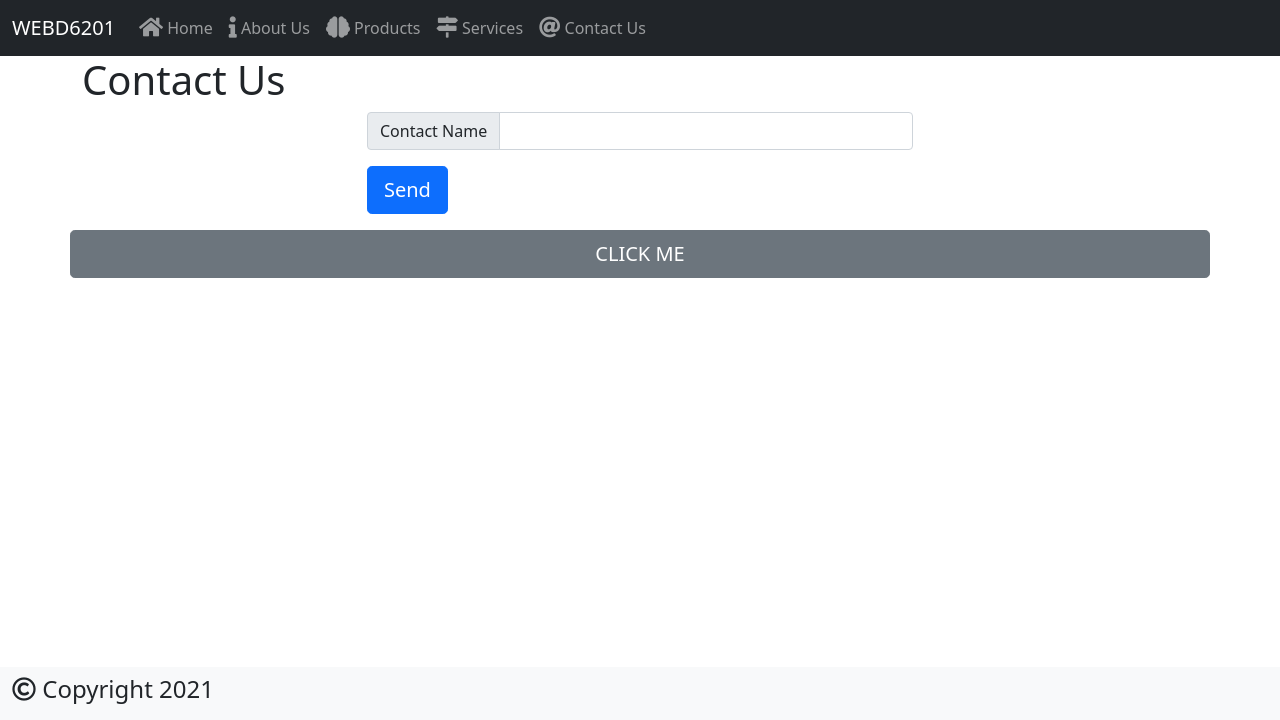
Repository: GarlicButterBoy/WEBD6201-Week1
Page: contact.html
These files come from the project's save history. The page is drawn as it stood at one moment and after the next save; the edit follows.
The browser window is 1280 px wide. The pictures show the whole page.

Above is the page before, as saved 2021-01-21 09:30:11.

### contact.html
<!DOCTYPE html>
<html lang="en">
<head>
    <meta charset="UTF-8">
    <meta name="viewport" content="width=device-width, initial-scale=1.0">
    <title>Contact Us</title>

    <!-- CSS Section -->
    <link rel="stylesheet" href="./node_modules/bootstrap/dist/css/bootstrap.min.css">
    <link rel="stylesheet" href="./node_modules/@fortawesome/fontawesome-free/css/all.min.css">
    <link rel="stylesheet" href="./Content/app.css">

</head>
<body>
       <!-- Main Nav Header -->

       <header>
         <!--Main Navigation-->
        <nav class="navbar navbar-expand-lg navbar-dark bg-dark">
            <div class="container-fluid">
              <a class="navbar-brand" href="index.html">WEBD6201</a>
              <button class="navbar-toggler" type="button" data-bs-toggle="collapse" data-bs-target="#navbarSupportedContent" aria-controls="navbarSupportedContent" aria-expanded="false" aria-label="Toggle navigation">
                <span class="navbar-toggler-icon"></span>
              </button>
              <div class="collapse navbar-collapse" id="navbarSupportedContent">
                <ul class="navbar-nav ml-auto mb-2 mb-lg-0">

                  <li class="nav-item">
                    <a class="nav-link" aria-current="page" href="index.html">
                        <i class="fas fa-home fa-lg"></i> Home</a>
                  </li>

                  <li class="nav-item">
                    <a class="nav-link" aria-current="page" href="about.html">
                        <i class="fas fa-info fa-lg"></i> About Us</a>
                  </li>

                  <li class="nav-item">
                    <a class="nav-link" aria-current="page" href="products.html">
                        <i class="fas fa-brain fa-lg"></i> Products</a>
                  </li>

                  <li class="nav-item">
                    <a class="nav-link" aria-current="page" href="services.html">
                        <i class="fas fa-map-signs fa-lg"></i> Services</a>
                  </li>

                  <li class="nav-item  active">
                    <a class="nav-link" aria-current="page" href="contact.html">
                        <i class="fas fa-at fa-lg"></i> Contact Us</a>
                  </li>

                </ul>
              </div>
            </div>
          </nav>
    </header>
<!--Main Content-->
    <main class="container">
        <h1>Contact Us</h1>

        <div class="row justify-content-lg-center">
        <form class="col-lg-6 col-md-10 col-sm-10">

          <div class="input-group mb-3">
            <span class="input-group-text" id="inputGroup-sizing-default">Contact Name</span>
            <input id="fullName" type="text" class="form-control" aria-label="Full Name" aria-describedby="Full Name Input" name="fullName" required>
          </div>

          <button type="submit" class="btn btn-primary btn-lg"><i class=""></i>Send</button>
        </form>

        <p id="paragraphOne" ></p>
        <button class="btn btn-secondary btn-lg" id="clickMeButton">CLICK ME</button>

      </div>
    </main>
<!--Main Footer-->
    <footer>
        <nav class="navbar fixed-bottom navbar-light bg-light">
            <div class="container-fluid">
              <h4><i class="far fa-copyright" ></i> Copyright 2021</h4>
            </div>
        </nav>
    </footer>

    <!-- JavaScript Section -->
    <script src="./node_modules/jquery/dist/jquery.min.js"></script>
    <script src="./node_modules/bootstrap/dist/js/bootstrap.bundle.min.js"></script>
    <script src="./Scripts/app.js"></script>

</body>
</html>

### Content/app.css
/*
 * Custom CSS goes here!
 */

### Scripts/app.js
/*
 * Custom Scripts go here!
 */

//IIFE - Immediately Invoked Function Expression
//AKA - Anonymous Self-Executing Function
//Closure - Limits Scope Leak

"use strict";

(function()
{

    function displayHome()
    {

    }

    function displayAbout()
    {

    }

    function displayProducts()
    {

    }

    function displayServices()
    {

    }

    function displayContact()
    {

    }

    //Initialization Function
    function Start()
    {

       console.log("App Started...");
       switch(document.title)
       {
           case 'Home':
               displayHome();
               break;
           case 'About':
               displayAbout();
               break;
           case 'Products':
               displayProducts();
               break;
           case 'Services':
               displayServices();
               break;
           case 'Contact':
               displayContact();
               break;
       }

/*
       let paragraphOneText = "This is a simple site to demonstrate DOM Manipulation for ICE 01.";

       let paragraphOneElement = document.getElementById("paragraphOne");

       paragraphOneElement.className = "fs-5 fw-bold";
       paragraphOneElement.textContent = paragraphOneText;

       //Step 1. document.createElement
       let newParagraph = document.createElement("p");
       //Step 2. Configure the element
       newParagraph.setAttribute("id", "paragraphTwo");
       newParagraph.textContent = "...And this is paragraph Two.";
       //Step 3. Select the parent
       let mainContent = document.getElementsByTagName("main")[0];
       //Step 4. Add/Insert the element
       mainContent.appendChild(newParagraph);

       paragraphTwo.className = "fs-6";

       //Another way to inject a comment
       let paragraphDiv = document.createElement('div');
       let paragraphThree = `<p class="fs-7" fw-bold>This is the third paragraph.</p>`;
       paragraphDiv.innerHTML = paragraphThree;

       //Insertion Before
       //paragraphTwo.before(paragraphDiv);

       //Insertion After
       paragraphTwo.after(paragraphDiv);

       //deletions
       //target an element
       //paragraphOneElement.remove();//remove a single element
       //target a child (rough)
       mainContent.removeChild(paragraphOneElement);

       //updates/modifications
       //paragraphTwoElement.firstChild.textContent = "This is an update. Welcome back!";
       mainContent.firstElementChild.textContent = "This is an update. Welcome back!";

        mainContent.innerHTML =
        `
        <h1 id="firstHeading">Welcome to Webd6201 - Lab 1</h1>
        <p id="firstParagraph" class="fw-bold">This is the first paragraph</p>
        `;
*/
       for (let index = 0; index < 5; index++)
       {

        console.log(index);

        let clickMeButton = document.getElementById("clickMeButton");



        clickMeButton.addEventListener("click", ()=>
        {
            console.log("Click me button was depressed :(");
        });
       }
    }
    //Event Listener
    window.addEventListener("load", Start);

})();

Loaded but not shown: node_modules/bootstrap/dist/css/bootstrap.min.css (library); node_modules/@fortawesome/fontawesome-free/css/all.min.css (library); node_modules/jquery/dist/jquery.min.js (library); node_modules/bootstrap/dist/js/bootstrap.bundle.min.js (library)

After the next save:
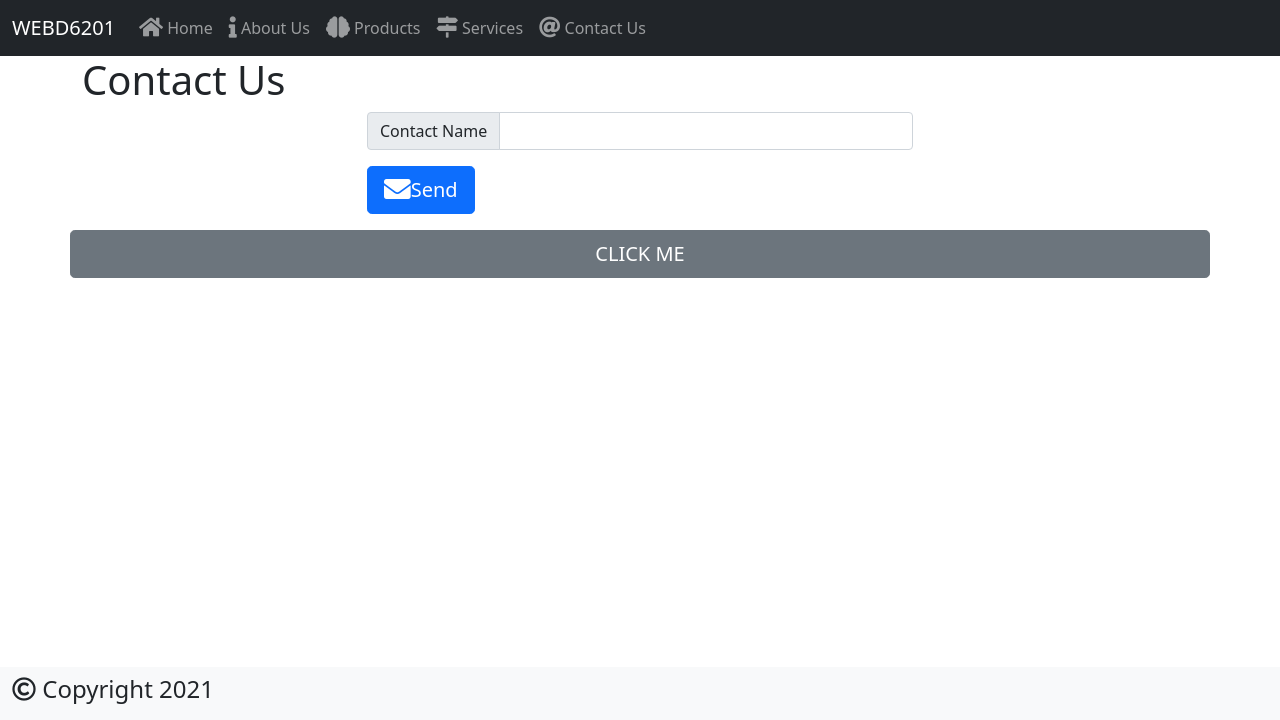
Saved 12 s later.
--- a/contact.html
+++ b/contact.html
@@ -67,7 +67,7 @@
             <input id="fullName" type="text" class="form-control" aria-label="Full Name" aria-describedby="Full Name Input" name="fullName" required>
           </div>
 
-          <button type="submit" class="btn btn-primary btn-lg"><i class=""></i>Send</button>
+          <button type="submit" class="btn btn-primary btn-lg"><i class="fas fa-envelope fa-lg"></i>Send</button>
         </form>
 
         <p id="paragraphOne" ></p>
